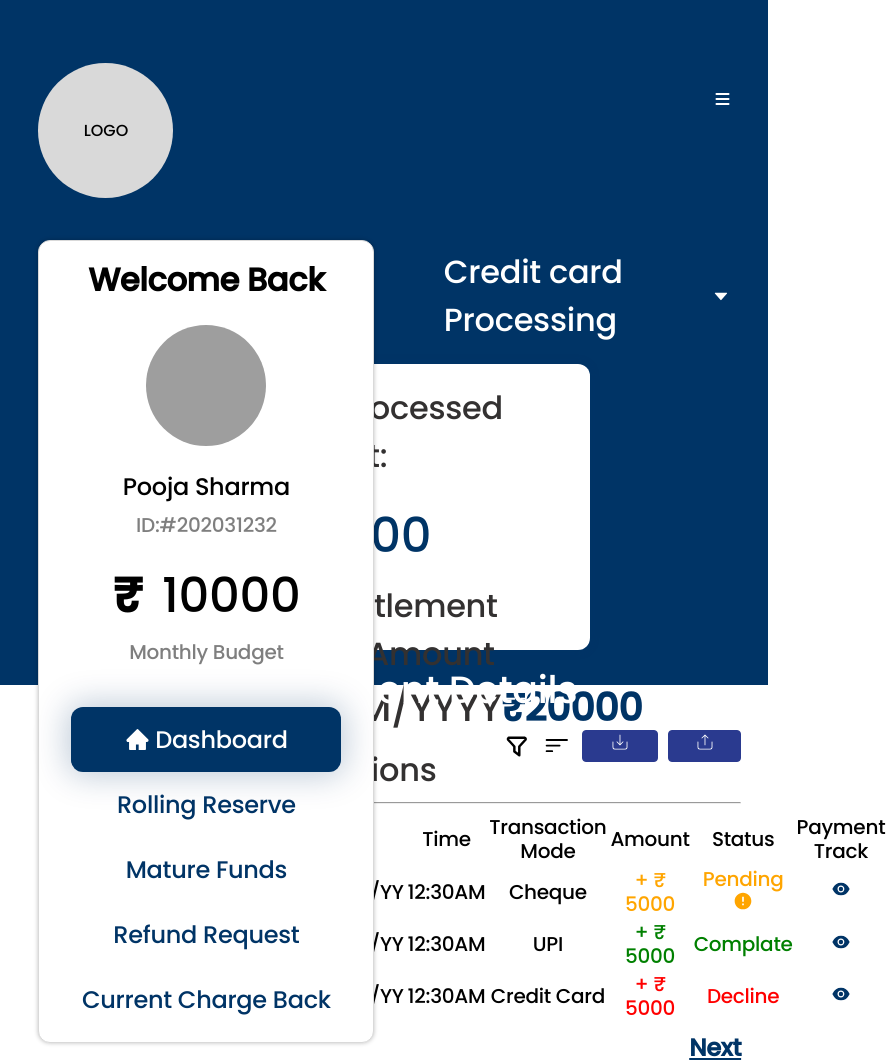
Repository: FlyweisReact/Prashant
Page: /dashboard
The author's editor kept a copy of each file at every save. The page is drawn from the files as they stood at one save, then again after the next save.
The browser window is 768 px wide. The page is 888 px wide, so the pictures cover 888 px, including what lies to the right of the window. The pictures show the whole page.
Pictures or frames that could not be fetched are drawn as grey boxes. Some web libraries are served in a nearby version. The project was rebuilt for these pictures with package versions that can differ from the ones it lists, and the page was loaded fresh each time. Also part of the build but not shown: src/Pages/CryptoPayment.jsx, src/Pages/CurrentCharge.jsx, src/Styles/Login.module.css, src/Components/Login/LoginFirstSection.jsx, src/Components/Login/LoginMainSection.jsx, src/Pages/Login.jsx, src/Pages/MatureFund.jsx, src/Pages/OpenBanking.jsx and 12 more.

Above is the page before, as saved 2023-03-23 16:36:48.

### public/index.html
<!DOCTYPE html>
<html lang="en">
  <head>
    <meta charset="utf-8" />
    <link rel="icon" href="%PUBLIC_URL%/favicon.ico" />
    <meta name="viewport" content="width=device-width, initial-scale=1" />
    <meta name="theme-color" content="#000000" />
    <meta
      name="description"
      content="Web site created using create-react-app"
    />
    <link rel="apple-touch-icon" href="%PUBLIC_URL%/logo192.png" />
    <link rel="manifest" href="%PUBLIC_URL%/manifest.json" />
    <title>React App</title>
  </head>
  <body>
    <noscript>You need to enable JavaScript to run this app.</noscript>
    <div id="root"></div>
  </body>
  <style>
    @import url("https://fonts.googleapis.com/css2?family=Lilita+One&family=PT+Sans&family=Poppins:wght@500&display=swap");
  </style>
  <script src="https://kit.fontawesome.com/b533b351e4.js" crossorigin="anonymous"></script>
</html>

### src/App.css
/** @format */

.App {
  text-align: center;
}

.App-logo {
  height: 40vmin;
  pointer-events: none;
}
.font-poppins {
  font-family: "Poppins";
}

@media (prefers-reduced-motion: no-preference) {
  .App-logo {
    animation: App-logo-spin infinite 20s linear;
  }
}

.App-header {
  background-color: #282c34;
  min-height: 100vh;
  display: flex;
  flex-direction: column;
  align-items: center;
  justify-content: center;
  font-size: calc(10px + 2vmin);
  color: white;
}

.App-link {
  color: #61dafb;
}

@keyframes App-logo-spin {
  from {
    transform: rotate(0deg);
  }
  to {
    transform: rotate(360deg);
  }
}

/* Media Query */
@media (max-width: 780px) {
  .Login_MainDiv__AWrd2 {
    display: block !important;
  }
  .Login_MainDiv__AWrd2 > div {
    width: 100% !important;
    height: 700px !important;
  }
  .Login_LoginMainSection__Yyq5T > div {
    width: 100% !important;
    border-radius: 0px !important;
    box-shadow: none !important;
  }

  .Register_RegisterMainDiv__Hok-C {
    display: block !important;
    width: 100% !important;
  }

  .Register_RegisterFirstSection__0bCb6 > p {
    text-align: center;
    display: block;
    width: 500px;
  }

  .myHr {
    max-width: 400px !important;
    margin: auto !important;
    display: block !important;
  }
  .smallImage {
    width: 100% !important;
  }
  .Register_RegisterMainDiv__Hok-C > div:first-child {
    width: 100% !important;
  }
  .Register_RegisterMainDiv__Hok-C > div:last-child {
    width: 100% !important;
  }
  .Register_InputBoxMain__6Dvtf {
    margin-left: 60px;
  }

  .Register_RegisterTitle__dGsqQ {
    justify-content: center;
  }

  .RegisterTwo_RegisterMainDiv__Oc9\+U {
    display: block !important;
  }
  .RegisterTwo_RegisterMainDiv__Oc9\+U > div:first-child {
    width: 100% !important;
  }

  .RegisterTwo_RegisterMainDiv__Oc9\+U > div:last-child {
    width: 100% !important;
  }
  .sideBarNew {
    display: block !important;
  }
}

.sideBarNew {
  display: none;
}
.sideBarNew i {
  color: #fff;
}

### src/Routes/AllRoutes.jsx
import React from "react";
import { Route, Routes } from "react-router-dom";
import { CryptoPayment } from "../Pages/CryptoPayment";
import { CurrentCharge } from "../Pages/CurrentCharge";
import { Dashboard } from "../Pages/Dashboard";
import { Login } from "../Pages/Login";
import { MatureFund } from "../Pages/MatureFund";
import { OpenBanking } from "../Pages/OpenBanking";
import { OtpPage } from "../Pages/OtpPage";
import { Profile } from "../Pages/Profile";
import { RefundRequest } from "../Pages/RefundRequest";
import { Register } from "../Pages/Register";
import { RegisterTwo } from "../Pages/RegisterTwo";
import { RollingReserve } from "../Pages/RollingReserve";

export const AllRoutes = () => {
  return (
    <Routes>
      <Route path="/" element={<Login />} />
      <Route path="/verify-otp" element={<OtpPage />} />
      <Route path="/dashboard" element={<Dashboard />} />
      <Route path="/register" element={<Register />} />
      <Route path="/detail-register" element={<RegisterTwo />} />
      <Route path="/profile" element={<Profile />} />
      <Route path="/rolling-reserve" element={<RollingReserve />} />
      <Route path="/mature-fund" element={<MatureFund />} />
      <Route path="/refund-request" element={<RefundRequest />} />
      <Route path="/current-charge" element={<CurrentCharge />} />
      <Route path="open-banking-service" element={<OpenBanking />} />
      <Route path="/crypto-payment-proccessing" element={<CryptoPayment />} />
    </Routes>
  );
};

### src/Components/Dashboard/UserInfoPopUp.jsx
import React, { useState } from "react";
import styles from "../../Styles/Dashboard.module.css";
import { MdNotificationAdd } from "react-icons/md";
import { FaUserCircle } from "react-icons/fa";
import { IoSettingsOutline } from "react-icons/io5";
import { useNavigate } from "react-router-dom";
import { NotificationModal } from "../Notification/NotificationModal";
export const UserInfoPopUp = () => {
  const [openModal, setOpenModal] = useState(false);
  const navigate = useNavigate();
  const HandleModal = () => {
    setOpenModal(!openModal);
  };
  return (
    <div className={styles.logoSection}>
      <div onClick={() => navigate("/dashboard")} className={styles.Logo}>
        <p>LOGO</p>
      </div>
      <NotificationModal openModal={openModal} HandleModal={HandleModal} />
      <div className="sideBarNew">
      <i class="fa-solid fa-bars"></i>
      </div>
      <div className={styles.InfoPanel}>
        <div>
          <MdNotificationAdd
            size={35}
            color="#003466"
            style={{ cursor: "pointer" }}
            onClick={HandleModal}
          />
          <FaUserCircle
            size={35}
            color="#003466"
            style={{ cursor: "pointer" }}
            onClick={() => navigate("/profile")}
          />
          <IoSettingsOutline
            size={35}
            color="#003466"
            style={{ cursor: "pointer" }}
          />
        </div>
      </div>
    </div>
  );
};

### src/Components/SideBar.jsx
import React from "react";
import { AiFillHome } from "react-icons/ai";
import { Link, useLocation } from "react-router-dom";
import styles from "../Styles/SideBar.module.css";
export const SideBar = () => {
  const { pathname } = useLocation();
  return (
    <div className={styles.SideBarMain}>
      <h1>Welcome Back</h1>
      <div>
        <div>
          <img
            src="https://th.bing.com/th/id/OIP.2i5UaEHaQM3PYAYXQyM1AAAAAA?pid=ImgDet&rs=1"
            alt="img"
          />
          <h1>Pooja Sharma</h1>
          <p>ID:#202031232</p>
          <div className={styles.TotalBudgetDiv}>
            <h1>&#x20b9;</h1>
            <h1>10000</h1>
          </div>
          <p>Monthly Budget</p>
        </div>
      </div>
      <div className={styles.LinkBox}>
        <Link to={"/dashboard"}>
          <div
            className={
              pathname === "/dashboard" ? styles.active : styles.unactive
            }
          >
            <AiFillHome size={25} />
            <p>Dashboard</p>
          </div>
        </Link>
        <Link to={"/rolling-reserve"}>
          <div
            className={
              pathname === "/rolling-reserve" ? styles.active : styles.unactive
            }
          >
            <p>Rolling Reserve</p>
          </div>
        </Link>
        <Link to={"/mature-fund"}>
          <div
            className={
              pathname === "/mature-fund" ? styles.active : styles.unactive
            }
          >
            <p>Mature Funds</p>
          </div>
        </Link>
        <Link to={"/refund-request"}>
          <div
            className={
              pathname === "/refund-request" ? styles.active : styles.unactive
            }
          >
            <p>Refund Request</p>
          </div>
        </Link>
        <Link to={"/current-charge"}>
          <div
            className={
              pathname === "/current-charge" ? styles.active : styles.unactive
            }
          >
            <p>Current Charge Back</p>
          </div>
        </Link>
      </div>
    </div>
  );
};

### src/Components/TotalAmountSection.jsx
import React from "react";
import styles from "../Styles/TotalAmountSection.module.css";
export const TotalAmountSection = () => {
  return (
    <div className={styles.MainDiv}>
      <h1>Total Processed Amount:</h1>
      <div className={styles.TotalBudgetDiv}>
        <h1>&#x20b9;</h1>
        <h1>10000</h1>
      </div>
      <h1>Last Settlement Date & Amount</h1>
      <div className={styles.DateSection}>
        <div>
          <p>DD/MM/YYYY</p>
          <h2>&#x20b9;{20000}</h2>
        </div>
      </div>
    </div>
  );
};

### src/Styles/Dashboard.module.css
.Main{
width: 100%;
height: 685px;
background: #003466;
position: relative;
}
.topDiv{
    width: 90%;
    margin:auto;

}
.logoSection{
    width: 100%;
    display: flex;
    align-items: center;
    justify-content: space-between;
}
.Logo{
    display: flex;
    cursor: pointer;
    justify-content: center;
    align-items: center;
    width: 135px;
height: 135px;
margin-top: 63px;
background: #D9D9D9;
border-radius: 50%;
}

.InfoPanel{
    margin-top: 63px;
    width: 85%;
height: 129px;
background: #FFFFFF;
border-radius: 12px;
display: flex;
justify-content: flex-end;
align-items: center;
}
.InfoPanel>div{
    display: flex;
    gap: 30px;
    margin: 20px;
}
.TotalAmountMainDiv{

    width: 100%;
    height: 500px;
    display: flex;
    justify-content: flex-end;
}
.TotalAmountMainDiv>div>p{
    font-family: 'Poppins';
font-style: normal;
font-weight: 500;
font-size: 38px;
line-height: 60px;
/* identical to box height */
margin-top: 10px;
letter-spacing: -0.28px;
color: #FFFFFF;
}
.TotalAmountMainDiv>div{
    width: 72%;
    margin-top: 50px;
}
.TotalAmountMainDiv>div>div>p,.TotalAmountMainDiv>div>div>div>p{
font-family: 'Poppins';
font-style: normal;
font-weight: 500;
font-size: 32px;
line-height: 48px;
/* identical to box height */
margin: 0;
letter-spacing: -0.28px;

color: #FFFFFF;
}
.TotalAmountMainDiv>div>div{
    display: flex;
    gap: 30px;
}
.TotalAmountMainDiv>div>div>div{
    display: flex;
    align-items: center;
    gap: 10px;
}
.TableMainSection{
    display: flex;
    justify-content: flex-end;
}
.TableMainSection>div{
    width: 70%;

}
.TableMainSection>div>div{
    width: 95%;
}
.TableTitle{
display: flex;
align-items: center;
justify-content: space-between;
}
.TableTitle>h1{
    font-family: 'Poppins';
font-style: normal;
font-weight: 500;
font-size: 32px;
line-height: 48px;
/* identical to box height */
margin: 0;
letter-spacing: -0.28px;

color: #333131;
}
.TableTitle>div{
    display: flex;
    align-items: center;
    gap: 10px;
}
.TableTitle>div>button{

    /* width: 80px; */
height: 32px;
background: #2A3A8F;
border: 1px solid #2A3A8F;
border-radius: 4px;
color: white;
font-family: 'Poppins';
font-style: normal;
font-weight: 400;
font-size: 16px;
cursor: pointer;
line-height: 24px;
/* margin: 0; */
}
.TableDiv{
    width: 100%;
}
.TableDiv>table{
    width: 100%;
}
.TableDiv>table tr th{
    text-align: center;

    font-family: 'Poppins';
font-style: normal;
font-weight: 500;
font-size: 20px;
line-height: 24px;
letter-spacing: -0.28px;

color: #000000;
}
.TableDiv>table tr td{
    height: 40px;
    text-align: center;
    font-family: 'Poppins';
font-style: normal;
font-weight: 400;
font-size: 20px;
line-height: 24px;
letter-spacing: -0.28px;

/* color: #272727; */
}
.pending{
    color: orange;
}
.decline{
    color: red;
}
.complate{
    color: green;
}
.NextLink{
    display: flex;
    justify-content: flex-end;
}
.NextLink>a{
    font-family: 'Poppins';
    font-style: normal;
    font-weight: 600;
    font-size: 24px;
    line-height: 30px;
    /* identical to box height */
    margin-top: 10px;
    letter-spacing: -0.28px;
    text-decoration-line: underline;

    color: #003466;
}




@media  (max-width : 780px) {
    .InfoPanel{
        display: none;
    }
    .Logo{

    }


}

### src/Components/CardProccessingModal.jsx
import React from "react";
import { MdOutlineClose } from "react-icons/md";
import { Link } from "react-router-dom";
import styles from "../Styles/CardProccessingModal.module.css";
export const CardProccessingModal = ({ OpenModal, HandleModal }) => {
  console.log(OpenModal);
  return (
    <div className={OpenModal ? styles.modalVisible : styles.modal}>
      <div className={styles.ModalMainDiv}>
        <MdOutlineClose
          onClick={() => HandleModal()}
          size={25}
          className={styles.CloseICon}
        />
        <div>
          <Link to={""}>Credit Card Processing</Link>
          <hr />
          <Link to={"/open-banking-service"}>Open Banking Service</Link>
          <hr />
          <Link to={"/crypto-payment-proccessing"}>
            Crypto payment processing
          </Link>
        </div>
      </div>
    </div>
  );
};

### src/Components/Notification/NotificationModal.jsx
import React from "react";
import { AiOutlineClose } from "react-icons/ai";
import styles from "../../Styles/Notification.module.css";
import { BsThreeDotsVertical } from "react-icons/bs";
export const NotificationModal = ({ openModal, HandleModal }) => {
  const data = [
    {
      img: "https://th.bing.com/th/id/OIP.2i5UaEHaQM3PYAYXQyM1AAAAAA?pid=ImgDet&rs=1",
      title: "Morem ipsum dolor sit amet, consectetur adipiscing elit.",
      desc: "Morem ipsum dolor sit amet, consectetur .",
      day: "yesterday",
      time: "10:30 AM",
    },
    {
      img: "https://th.bing.com/th/id/OIP.2i5UaEHaQM3PYAYXQyM1AAAAAA?pid=ImgDet&rs=1",
      title: "Morem ipsum dolor sit amet, consectetur adipiscing elit.",
      desc: "Morem ipsum dolor sit amet, consectetur .",
      day: "yesterday",
      time: "10:30 AM",
    },
    {
      img: "https://th.bing.com/th/id/OIP.2i5UaEHaQM3PYAYXQyM1AAAAAA?pid=ImgDet&rs=1",
      title: "Morem ipsum dolor sit amet, consectetur adipiscing elit.",
      desc: "Morem ipsum dolor sit amet, consectetur .",
      day: "yesterday",
      time: "10:30 AM",
    },
  ];
  return (
    <div className={openModal ? styles.modalVisible : styles.modal}>
      <div className={styles.ModalMainDiv}>
        <AiOutlineClose
          onClick={HandleModal}
          size={25}
          className={styles.CloseIcon}
        />
        <div className={styles.titleDiv}>
          <h1>Notification</h1>
          <BsThreeDotsVertical size={25} />
        </div>
        <hr style={{ height: "3px", background: "black" }} />
        <p>Today's</p>
        {data.map((ele) => (
          <>
            <div className={styles.NotificationDiv}>
              <div>
                <img src={ele.img} alt="img" />
              </div>
              <div>
                <h1>{ele.title}</h1>
                <p>{ele.desc}</p>
                <div>
                  <p>{ele.day}</p>
                  <span className={styles.Time}>{ele.time}</span>
                </div>
              </div>
            </div>
            <hr style={{ height: "2px", background: "grey" }} />
          </>
        ))}
      </div>
    </div>
  );
};

### src/Styles/SideBar.module.css
.SideBarMain{
    position: absolute;
    width: 314px;
/* height: 789px; */
left: 25%px;
top: 35%;
background: #FFFFFF;
border: 1px solid #D9D9D9;
box-shadow: 0px 0px 4px rgba(0, 0, 0, 0.25);
border-radius: 12px;
padding: 10px;
}
.SideBarMain>h1{
    text-align: center;
    font-family: 'Poppins';
font-style: normal;
font-weight: 700;
font-size: 32px;
margin-top: 5px;
letter-spacing: -0.28px;
}
.SideBarMain>div{
    width: 100%;
    display: flex;
    align-items: center;
    justify-content: center;
}
.SideBarMain>div>div{
    text-align: center;
}
.SideBarMain>div>div>img{
    width: 120px;
height: 121px;
    border-radius: 50%;
}
.SideBarMain>div>div>h1{
    font-family: 'Poppins';
font-style: normal;
font-weight: 500;
font-size: 24px;
letter-spacing: -0.28px;
}
.SideBarMain>div>div>p{
    font-family: 'Poppins';
font-style: normal;
margin-top: -10px;
font-weight: 300;
font-size: 20px;
line-height: 30px;
letter-spacing: -0.28px;
color: rgba(0, 0, 0, 0.5);
}
.TotalBudgetDiv{
    display: flex;
    align-items: center;
    gap: 20px;
    margin: 15px;
}
.TotalBudgetDiv>h1:first-child{
    font-family: 'Poppins';
font-style: normal;
font-weight: 700;
font-size: 48px;
line-height: 72px;
letter-spacing: -0.28px;
}
.TotalBudgetDiv>h1{
    font-family: 'Poppins';
    font-style: normal;
    font-weight: 500;
    font-size: 48px;
    line-height: 72px;
    margin: 0;
    letter-spacing: -0.28px;
}
.LinkBox{
    display: flex;
    flex-direction: column;
    margin-top: 20px;
}
.LinkBox>a{
    text-decoration: none;
}
.active{
    width: 250px;
    height: 65px;
    padding-left: 10px;
    padding-right: 10px;
    background: #003466;
    box-shadow: 0px 0px 32px 4px rgba(0, 52, 102, 0.25);
    border-radius: 12px;
    display: flex;
    color: white;
    justify-content: center;
    align-items: center;
    gap: 5px;

}
.unactive{
    width: 250px;
    height: 65px;
    display: flex;

    color:#003466;
    justify-content: center;
    align-items: center;
    gap: 5px;
}
.unactive,.active >p{
    font-family: 'Poppins';
font-style: normal;
font-weight: 500;
font-size: 24px;
line-height: 36px;
letter-spacing: -0.28px;
}

### src/Styles/TotalAmountSection.module.css
.MainDiv{
    display:flex;
    flex-direction: column;
    margin-top: 20px;
    width: 72%;
height: 286px;
background: #FFFFFF;
box-shadow: 0px 0px 10px rgba(0, 52, 102, 0.3);
border-radius: 12px;
}
.MainDiv>h1{
    font-family: 'Poppins';
    font-style: normal;
    font-weight: 500;
    font-size: 32px;
    line-height: 48px;
    letter-spacing: -0.28px;
    color: #333131;
    margin: 20px;
}
.TotalBudgetDiv{
    display: flex;
    align-items: center;
    gap: 30px;
    margin-left: 20px;
  margin-top: -30px;
  margin-bottom: -40px;
}
.TotalBudgetDiv>h1:first-child{
    font-family: 'Poppins';
font-style: normal;
font-weight: 700;
margin: 0;
font-size: 50px;
line-height: 72px;
letter-spacing: -0.28px;
color: #003466;
}
.TotalBudgetDiv>h1{
    font-family: 'Poppins';
    font-style: normal;
    font-weight: 500;
    font-size: 48px;
    line-height: 72px;
    margin: 0;
    letter-spacing: -0.28px;
    color: #003466;
}
.DateSection>div{
    width: 80%;
    margin-top: -50px;
    /* background-color: rebeccapurple; */
    display: flex;
    justify-content: space-between;
    align-items: center;
    margin-left: 20px;
}
.DateSection>div>p{
   font-family: 'Poppins';
font-style: normal;
font-weight: 500;
font-size: 38px;
line-height: 60px;
/* identical to box height */
margin: 0;
letter-spacing: -0.28px;
color: #333131;
}
.DateSection>div>h2{
    margin: 0;
    font-family: 'Poppins';
font-style: normal;
font-weight: 600;
font-size: 38px;
line-height: 60px;
letter-spacing: -0.28px;
color: #003466;
}

### src/Styles/CardProccessingModal.module.css
.modal{
    display: none;
  position: fixed;
  z-index: 1;
  left: 0%;
  top: 0;
  width: 100%;
  height: 100%;
  overflow: auto;
  background-color: rgb(0,0,0);
  background-color: rgba(0,0,0,0.4);
}
.modalVisible{
    display :block;
    position: fixed;
    z-index: 1;
    left: 0%;
    top: 0;
    width: 100%;
    height: 100%;
    /* margin-bottom: 20px; */
    overflow: auto;
    background-color: rgb(0,0,0);
    background-color: rgba(0,0,0,0.4);
}
.CloseICon{
    position: absolute;
    right: 3%;
    top: 5%;
    cursor: pointer;
}
.MainTitle{
    display: flex;
    border: 1px solid blue;
}
.ModalMainDiv{
    position:absolute;
    margin: auto;
    /* width: 435px; */
height: 221px;
background: #FFFFFF;
border-radius: 4px;

    top: 38%;
    left: 60%;

}
.ModalMainDiv>div{
    margin: 30px;
}
.ModalMainDiv>div>a{
    text-decoration: none;
    height: 50px;
    font-family: 'Poppins';
font-style: normal;
font-weight: 500;
font-size: 32px;
line-height: 40px;
letter-spacing: -0.28px;

color: #333333;
}

### src/Styles/Notification.module.css
.modal{
    display: none;
  position: fixed;
  z-index: 1;
  left: 0%;
  top: 0;
  width: 100%;
  height: 100%;
  overflow: auto;
  background-color: rgb(0,0,0);
  background-color: rgba(0,0,0,0.4);
}
.modalVisible{
    display :block;
    position: fixed;
    z-index: 1;
    left: 0%;
    top: 0;
    width: 100%;
    height: 100%;
    overflow: auto;
    background-color: rgb(0,0,0);
    background-color: rgba(0,0,0,0.4);
}
.ModalMainDiv{
    position:absolute;
    margin: auto;
    top: 20%;
    right: 15%;
    padding: 30px;
    width: 519px;
/* height: 811px; */
background: #FFFFFF;


}

.CloseIcon{

    position: absolute;
    right: 2%;
    top: 2%;
    cursor: pointer;
}

.ModalMainDiv>button{
height: 64px;
display: block;
width: 360px;
margin: auto;
margin-top: 50px;
background: #2A3A8F;
border-radius: 16px;
border: none;
font-family: 'Poppins';
font-style: normal;
font-weight: 700;
font-size: 20px;
line-height: 30px;
cursor: pointer;
color: white;
}

.titleDiv{
    margin-top: 5px;
    display: flex;
    align-items: center;
    justify-content: space-between;
}
.titleDiv>h1{

font-family: 'Poppins';
font-style: normal;
font-weight: 500;
font-size: 24px;
line-height: 18px;
letter-spacing: -0.28px;
color: #000000;
}
.ModalMainDiv>p{
    font-family: 'Poppins';
font-style: normal;
font-weight: 500;
font-size: 20px;
line-height: 18px;
letter-spacing: -0.28px;
color: #000000;

}
.NotificationDiv{
    display: flex;
align-items: center;
gap: 20px;
}
.NotificationDiv>div>img{
    width: 60px;
height: 60px;
border-radius: 50%;
}
.NotificationDiv>div>h1{
    font-family: 'Poppins';
font-style: normal;
font-weight: 400;
font-size: 16px;
line-height: 18px;
letter-spacing: -0.28px;
width: 70%;
}
.NotificationDiv>div>p{
    font-family: 'Poppins';
font-style: normal;
font-weight: 300;
font-size: 10px;
line-height: 18px;
letter-spacing: -0.28px;

color: rgba(0, 0, 0, 0.5);
}
.NotificationDiv>div>div{
    display: flex;
    justify-content: space-between;
    align-items: center;
}
.NotificationDiv>div>div>p{
    font-family: 'Poppins';
font-style: normal;
font-weight: 400;
font-size: 12px;
line-height: 18px;
letter-spacing: -0.28px;
margin: 0;
color: rgba(0, 0, 0, 0.5);
}
.Time{
    font-family: 'Poppins';
    font-style: normal;
    font-weight: 400;
    font-size: 12px;
    line-height: 18px;
    letter-spacing: -0.28px;
    color:  #003466;
}

Loaded but not shown: src/index.js (common file); src/index.css (common file); src/reportWebVitals.js (common file); src/App.js (13 lines, source omitted); src/Pages/Dashboard.jsx (184 lines, source omitted); src/Components/PaymentPendingModal.jsx (96 lines, source omitted); src/Styles/PaymentPendingModal.module.css (195 lines, source omitted); src/Styles/DeclineModal.module.css (195 lines, source omitted); src/Components/DeclineModal.jsx (90 lines, source omitted)

After the next save:
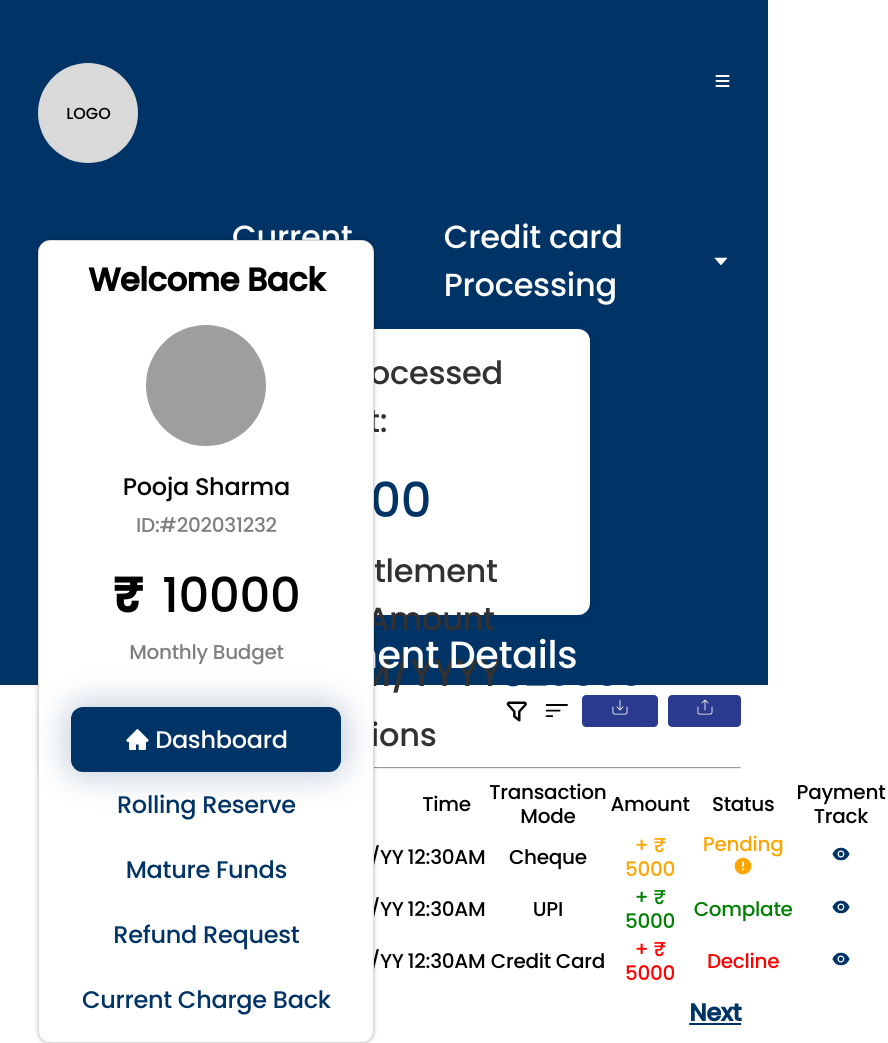
Saved 6 s later.
--- a/src/Styles/Dashboard.module.css
+++ b/src/Styles/Dashboard.module.css
@@ -199,7 +199,8 @@ letter-spacing: -0.28px;
         display: none;
     }
     .Logo{
-
+        width: 100px;
+        height: 100px;
     }
 
 
